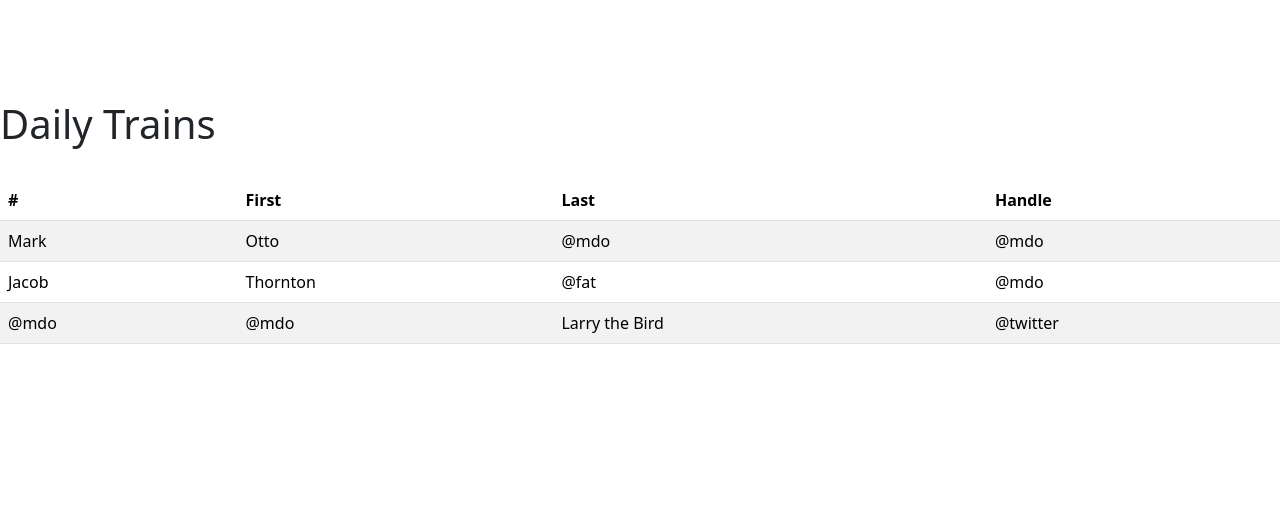
Repository: SachinUthpala/Railway-Reservation
Page: http://localhost/Railway/Train_res
The author's editor kept a copy of each file at every save. The page is drawn from the files as they stood at one save, then again after the next save.
The browser window is 1280 px wide. The pictures show the whole page.
The page is served by Tomcat 9.

Above is the page before, as saved 2023-05-19 16:28:02.

After the next save:
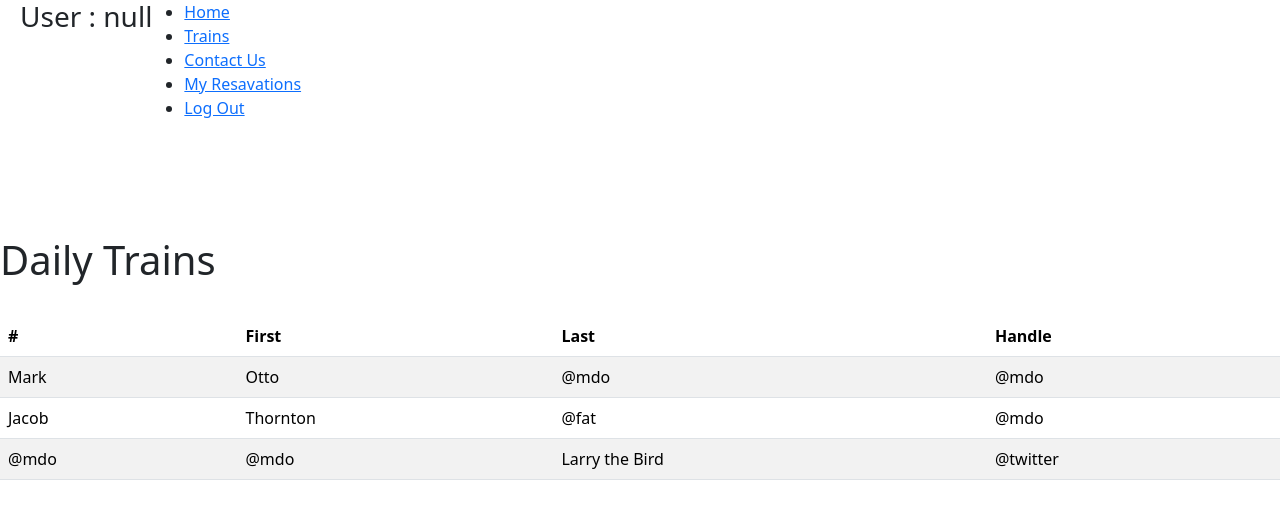
Saved 91 s later.
--- a/Railway/src/main/webapp/Trains.jsp
+++ b/Railway/src/main/webapp/Trains.jsp
@@ -1,5 +1,16 @@
 <%@ page language="java" contentType="text/html; charset=UTF-8"
     pageEncoding="UTF-8"%>
+
+
+<%
+
+String Username;
+Username = (String)session.getAttribute("user_name");
+System.out.println("\n Username :"+Username);
+
+%>
+
+
 <!DOCTYPE html>
 <html>
 <head>
@@ -9,6 +20,22 @@
     <link href="https://cdn.jsdelivr.net/npm/bootstrap@5.3.0-alpha3/dist/css/bootstrap.min.css" rel="stylesheet" integrity="sha384-KK94CHFLLe+nY2dmCWGMq91rCGa5gtU4mk92HdvYe+M/SXH301p5ILy+dN9+nJOZ" crossorigin="anonymous">
 </head>
 <body>
+
+<div class="nav">
+    <h3 style="padding-left:20px ;">User :  <%=Username %></h3>
+    <ul>
+      <li><a href="#">Home</a></li>
+      <li><a href="../Train_res">Trains</a></li>
+      <li><a href="#contact">Contact Us</a></li>
+      <li><a href="#">My Resavations</a></li>
+      <li><a href="#">Log Out</a></li>
+    </ul>
+  </div>
+
+
+
+
+
 	<div class="trains" id="trains">
   <h1 style="padding-top: 100px;">Daily Trains</h1>
   <br>

After the save that followed:
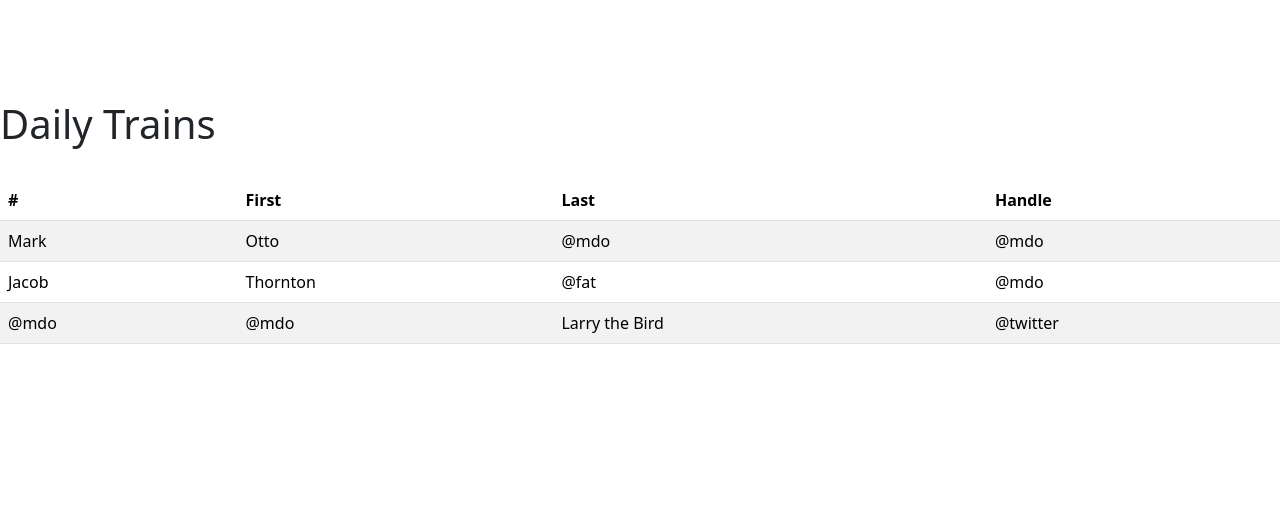
Saved 17 s later.
--- a/Railway/src/main/webapp/Trains.jsp
+++ b/Railway/src/main/webapp/Trains.jsp
@@ -21,16 +21,7 @@
 </head>
 <body>
 
-<div class="nav">
-    <h3 style="padding-left:20px ;">User :  <%=Username %></h3>
-    <ul>
-      <li><a href="#">Home</a></li>
-      <li><a href="../Train_res">Trains</a></li>
-      <li><a href="#contact">Contact Us</a></li>
-      <li><a href="#">My Resavations</a></li>
-      <li><a href="#">Log Out</a></li>
-    </ul>
-  </div>
+
 
 
 
